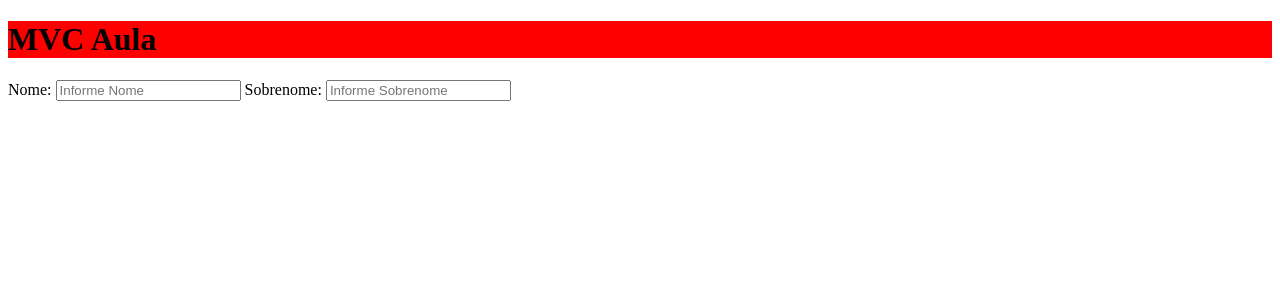
Repository: SrLucasGaldinor/Aulas-MVC-Spring
Page: http://localhost/Aula/
The author's editor kept a copy of each file at every save. The page is drawn from the files as they stood at one save, then again after the next save.
The browser window is 1280 px wide. The pictures show the whole page.
The page is served by Tomcat 9. Other server files are loaded and not shown.

Above is the page before, as saved 2023-12-12 12:39:08.

### MVC/Aula/src/main/webapp/index.jsp
<%@ page language="java" contentType="text/html; charset=ISO-8859-1"
	pageEncoding="ISO-8859-1"%>
<!DOCTYPE html>
<html>
<head>
<meta charset="ISO-8859-1">
<title>Aula</title>
<style>
	.cor {
	background: red;
	}
</style>

</head>
<body>
	<h1 class="cor">MVC Aula</h1>
	<label>Nome: </label><input placeholder="Informe Nome">
	<label>Sobrenome: </label><input placeholder="Informe Sobrenome">
	<%  %>
</body>
</html>

After the next save:
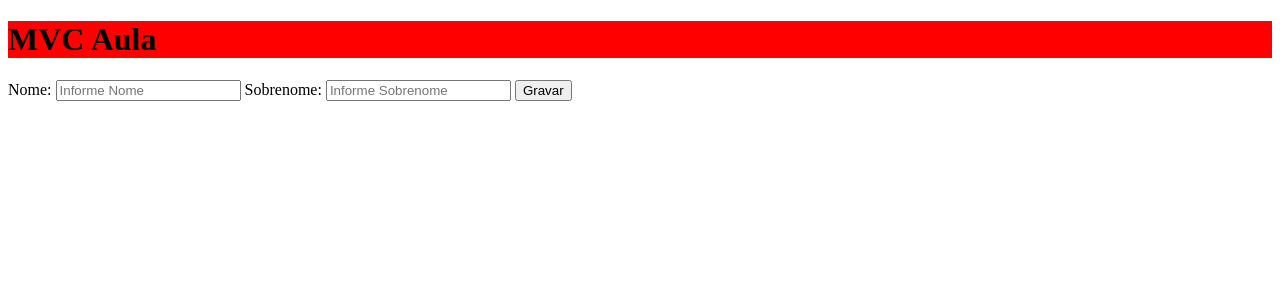
Saved 2 min 40 s later.
--- a/MVC/Aula/src/main/webapp/index.jsp
+++ b/MVC/Aula/src/main/webapp/index.jsp
@@ -6,16 +6,26 @@
 <meta charset="ISO-8859-1">
 <title>Aula</title>
 <style>
-	.cor {
+.cor {
 	background: red;
-	}
+}
 </style>
 
 </head>
 <body>
 	<h1 class="cor">MVC Aula</h1>
-	<label>Nome: </label><input placeholder="Informe Nome">
-	<label>Sobrenome: </label><input placeholder="Informe Sobrenome">
-	<%  %>
+	<label>Nome: </label>
+	<input placeholder="Informe Nome">
+	<label>Sobrenome: </label>
+	<input placeholder="Informe Sobrenome">
+	<button onclick="gravar()">Gravar</button>
+	<%
+
+	%>
+	<script>
+		function gravar() {
+			alert('Hello Mother Fucker !');
+		}
+	</script>
 </body>
 </html>
